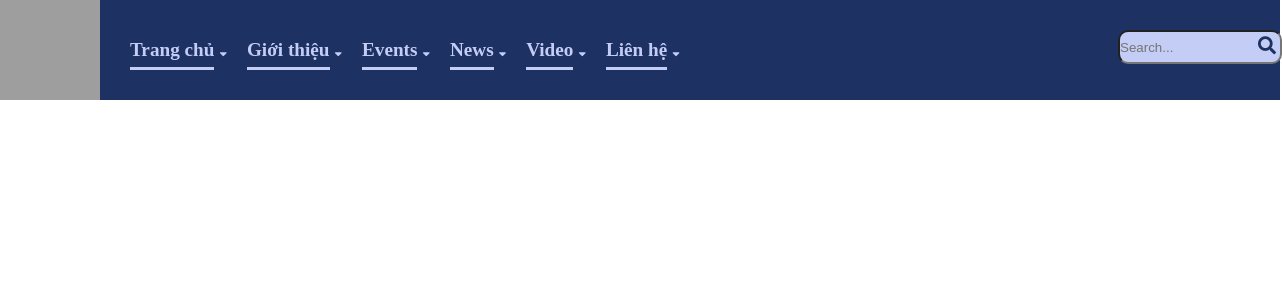
Repository: Luong-tung/newtopics
Page: index2.html
These files come from the project's save history. The page is drawn as it stood at one moment and after the next save; the edit follows.
The browser window is 1280 px wide. The page is 1282 px wide, so the pictures cover 1282 px, including what lies to the right of the window. The pictures show the whole page.
Pictures or frames that could not be fetched are drawn as grey boxes. Some web libraries are served in a nearby version.

Above is the page before, as saved 2021-10-07 22:45:37.

### index2.html
<!DOCTYPE html>
<html lang="en">
<head>
    <meta charset="UTF-8">
    <meta http-equiv="X-UA-Compatible" content="IE=edge">
    <meta name="viewport" content="width=device-width, initial-scale=1.0">
    <title>trang web thương mai điện tử</title>
    <link rel="stylesheet" href="iu2.css">
    <link rel="stylesheet" href="https://pro.fontawesome.com/releases/v5.10.0/css/all.css" integrity="sha384-AYmEC3Yw5cVb3ZcuHtOA93w35dYTsvhLPVnYs9eStHfGJvOvKxVfELGroGkvsg+p" crossorigin="anonymous"/>
    <link rel="stylesheet" href="grid.css">

</head>
<body>
    <div class="header">
        <div class="logo">
            <img src="https://scontent.fhan4-3.fna.fbcdn.net/v/t1.15752-9/244521534_3120666654925529_7396226630018362644_n.jpg?_nc_cat=103&ccb=1-5&_nc_sid=ae9488&_nc_ohc=VPYvwfk35K0AX9N8zek&_nc_ht=scontent.fhan4-3.fna&oh=11361e826c179e37114d7c2bd928ff68&oe=6184B42C" alt="">


            <ul>
                <li><a href="#">Trang chủ</a><i class="fas fa-sort-down"></i></li>
                <li><a href="#">Giới thiệu</a><i class="fas fa-sort-down"></i></li>
                <li><a href="#">Events</a><i class="fas fa-sort-down"></i></li>
                <li><a href="#">News</a><i class="fas fa-sort-down"></i></li>
                <li><a href="#">Video</a><i class="fas fa-sort-down"></i></li>
                <li><a href="#">Liên hệ</a><i class="fas fa-sort-down"></i></li>
            </ul>
        </div>

        <div class="search">
            <form>

                <input type="text" name="Search" placeholder="Search..." >
                <i class="fas fa-search"></i>
            </form>
        </div>









    </div>
    <script src="./main2.js"></script>
</body>
</html>

### iu2.css
*{
    padding: 0;
    margin: 0;

}
.header{
    width: 100%;
    height: 100px;
    background:#1E3163;
    display: flex;
    justify-content: space-between;

}
.header .logo img{
    width: 100px;
    height: 100px;

}
.header .logo{
    display: flex;
    cursor: pointer;
}
.header .logo ul{
    color: #c4cdf5;
    margin-left: 20px;
    display: flex;
    align-items: center;
    justify-content: space-between;
}
.header .logo ul li{
    list-style: none;
    cursor: pointer;
    margin: 0px 5px;
    padding:5px;
    font-weight: 800;
    font-size: larger;

}
.header .logo ul li a{
    text-decoration: none;
    position: relative;
    color: #c4cdf5;
  }

.header .logo ul li i{
    font-size: 12px;
    margin-left: 5px;
}/*
.header .logo ul li:hover{
    background:#c4cdf5;
    color:#092086;*/



 .header .logo ul li a:after{
    content: "";
    position: absolute;
    background: #c4cdf5;
    height: 3px;
    width: 100%;
    left:0;
    bottom: -10px;
    transition: 0.3s;
}
.header .logo ul li a:hover{
    color: #dee3f8;
}

.header .logo ul li a:hover::after{
    width: 100%;
}

.header .search i{
    color: #1E3163;
    font-size: 18px;
    margin-left: -24px;
    cursor: pointer;


}
.header .search input{
    width: 160px;
    height: 30px;
    background-color:#c4cdf5;
    border-radius: 10px;
    margin-top: 30px;
}

Loaded but not shown: grid.css (no stored copy; drawn as an empty file); main2.js (no stored copy; drawn as an empty file)

After the next save:
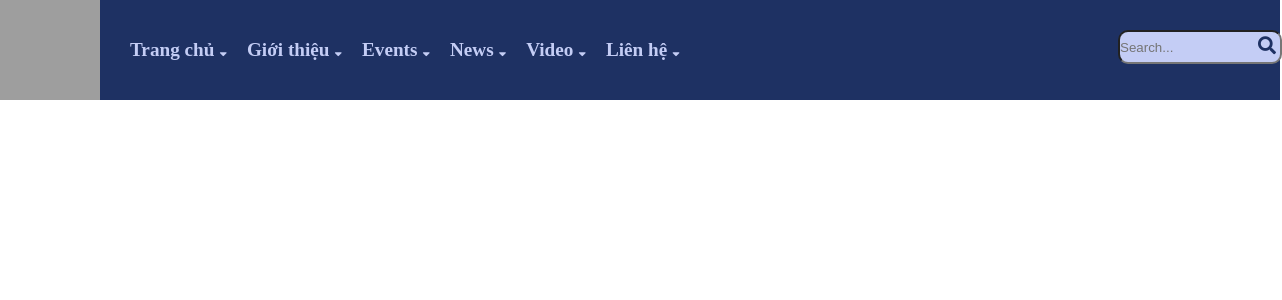
Saved 74 s later.
--- a/iu2.css
+++ b/iu2.css
@@ -57,16 +57,16 @@
     position: absolute;
     background: #c4cdf5;
     height: 3px;
-    width: 100%;
+    width: 0;
     left:0;
     bottom: -10px;
     transition: 0.3s;
 }
 .header .logo ul li a:hover{
-    color: #dee3f8;
+    color: #edeff5;
 }
 
-.header .logo ul li a:hover::after{
+.header .logo ul li a:hover:after{
     width: 100%;
 }
 
